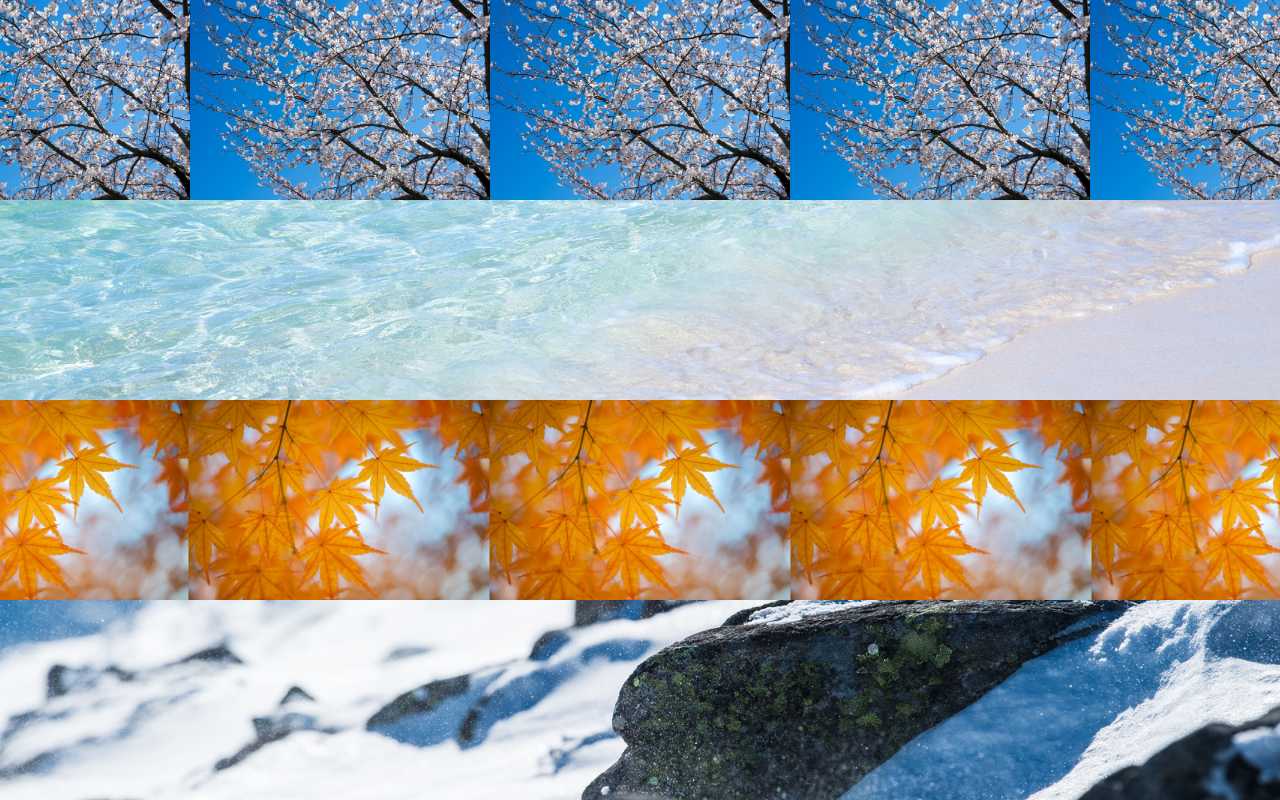
Repository: nonishi/1-6
Page: index.html
The author's editor kept a copy of each file at every save. The page is drawn from the files as they stood at one save, then again after a run of saves.
The browser window is 1280 px wide. The pictures show the whole page.

Above is the page before, as saved 2021-06-02 16:23:23.

### index.html
<!DOCTYPE html>
<html lang="ja">
<head>
  <meta charset="UTF-8">
  <link rel="stylesheet" href="style.css">
  <title>chapter6_exercise</title>
</head>
<body>
  <div class="spring"></div>
  <div class="summer"></div>
  <div class="autumn"></div>
  <div class="winter"></div>
</body>
</html>

### style.css
*{
  margin: 0;
  padding: 0;
  box-sizing: border-box;
}
.spring{
  height: 200px;
  background-image: url(img/box1.jpg);
  background-size: contain;
  background-position: center;
}
.summer{
  height: 200px;
  background-image: url(img/box2.jpg);
  background-size: cover;
  background-position: center;
}
.autumn{
  height: 200px;
  background-image: url(img/box3.jpg);
  background-size: contain;
  background-position: center;
}
.winter{
  height: 200px;
  background-image: url(img/box4.jpg);
  background-size: cover;
  background-position: center;
}

After the next 2 saves:
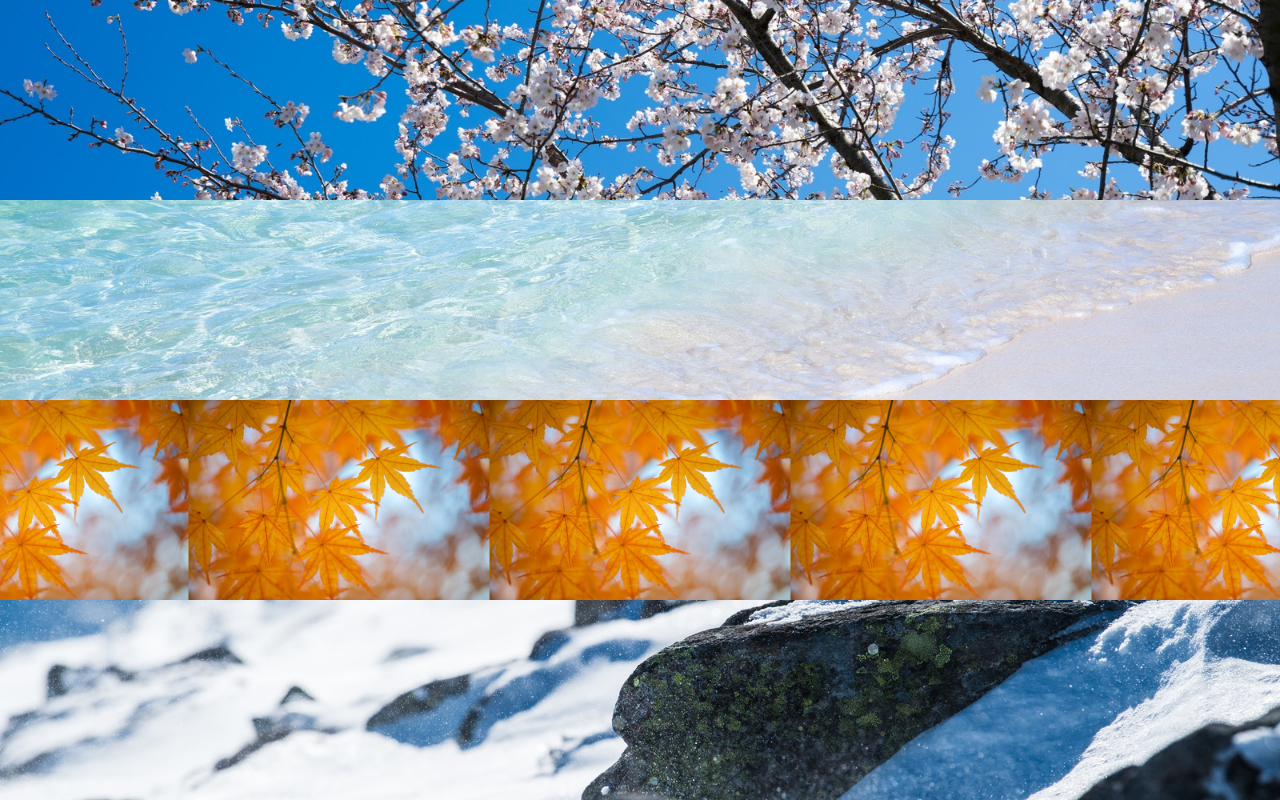
The 2 saves are shown as one change because they came seconds apart.
The last was saved 30 s later.
--- a/style.css
+++ b/style.css
@@ -6,7 +6,7 @@
 .spring{
   height: 200px;
   background-image: url(img/box1.jpg);
-  background-size: contain;
+  background-size: cover;
   background-position: center;
 }
 .summer{
